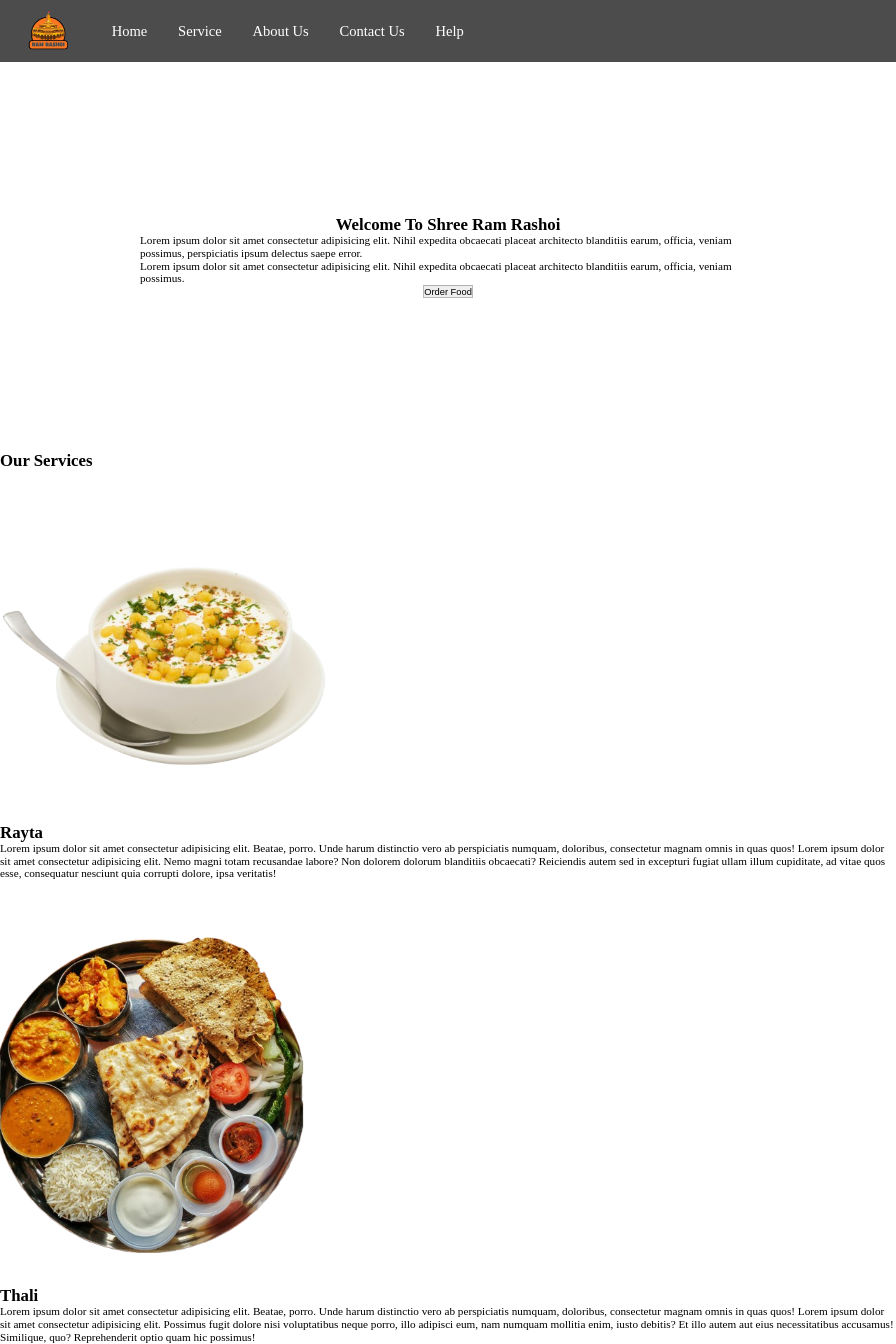
Repository: nt269782-web/ShreeRamRashoi
Page: index.html
An editor plug-in stored every save of this project. The page is shown before and after the next save, followed by the edit.
The browser window is 1280 px wide. The pictures show the part of the page from y = 0 to 1920 px (the page is 4561 px tall before and 2407 px after), at 70% of full size.

Above is the page before, as saved 2025-11-29 23:48:07.

After the next save:
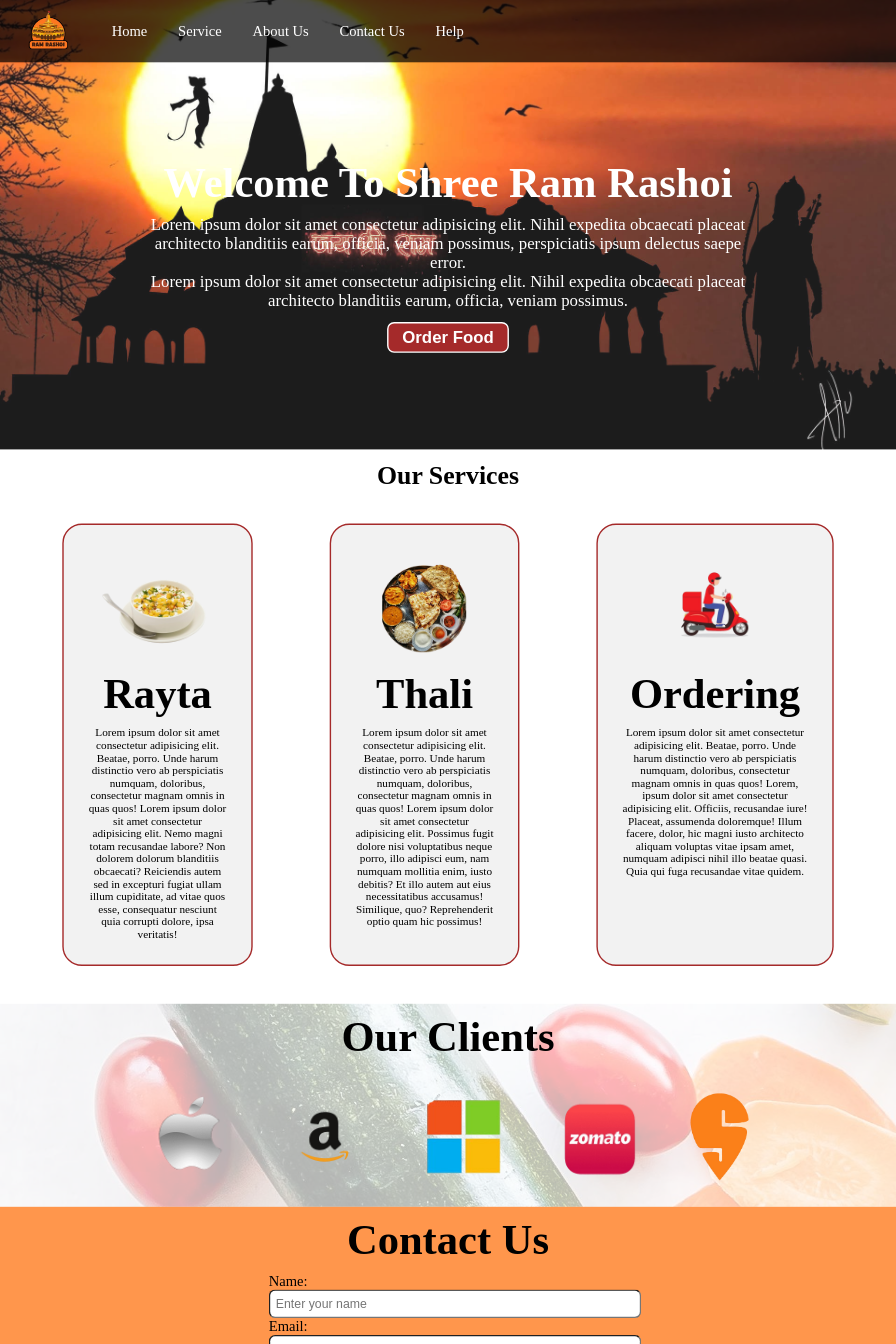
Saved 5 s later.
--- a/style.css
+++ b/style.css
@@ -81,7 +81,7 @@
 #home::before{
     content: "";
     position: absolute;
-    background: url("images/bg1.jpg') no-repeat center center/cover;
+    background: url("images/bg1.jpg") no-repeat center center/cover;
     height: 642px;
     top:0px;
     left:0px;
